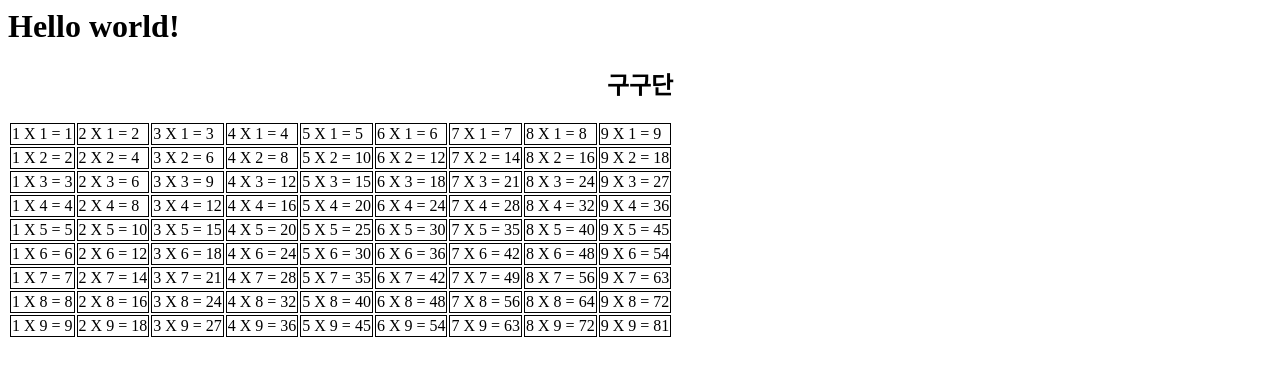
Repository: dhwngjs01/3-1_Spring_Server_Programming
Page: http://localhost/20230314_1to10/gugudan
An editor plug-in stored every save of this project. The page is shown before and after the next save, followed by the edit.
The browser window is 1280 px wide. The pictures show the whole page.
The page is served by Tomcat 9.

Above is the page before, as saved 2023-03-14 05:44:21.

After the next save:
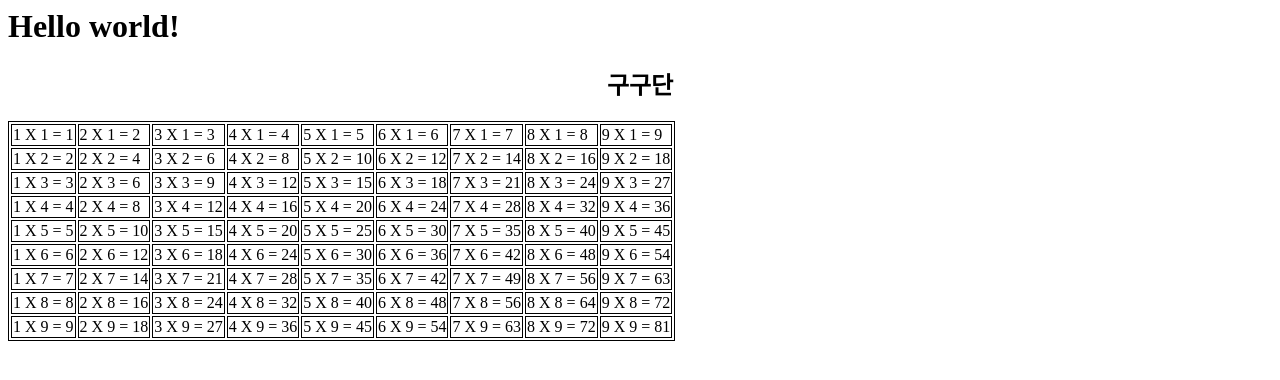
Saved 33 s later.
--- a/20230314_1to10/src/main/webapp/WEB-INF/views/gugudan.jsp
+++ b/20230314_1to10/src/main/webapp/WEB-INF/views/gugudan.jsp
@@ -7,7 +7,7 @@
 <body>
 	<h1>Hello world!</h1>
 	<h2 style="text-align:center;">구구단</h2>
-	<table>
+	<table style="border:1px solid black">
 		<tbody>
 			<% for(int i = 1; i <= 9; i++){ %>
 			<tr>

After the 4 saves that followed:
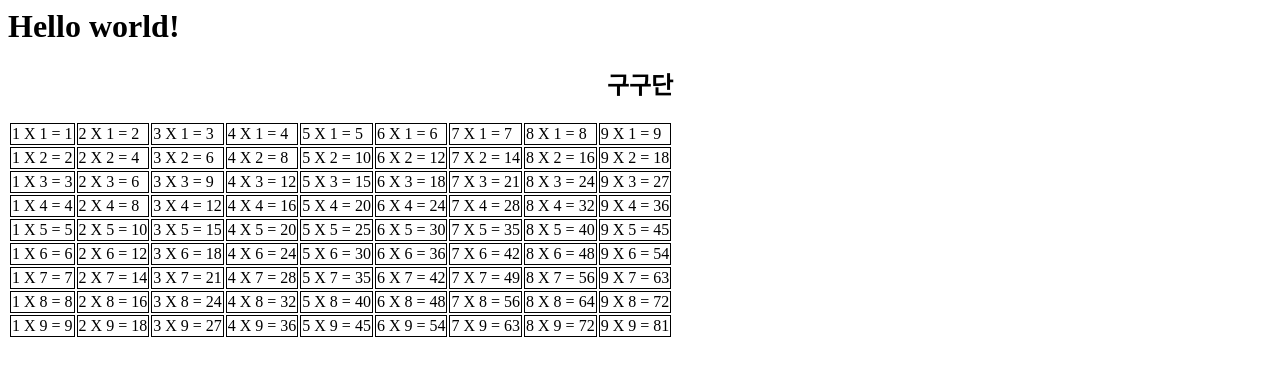
The 4 saves are shown as one change because 3 left the picture as it was.
The last was saved 100 s later.
--- a/20230314_1to10/src/main/webapp/WEB-INF/views/gugudan.jsp
+++ b/20230314_1to10/src/main/webapp/WEB-INF/views/gugudan.jsp
@@ -2,21 +2,22 @@
 <%@ page session="false" contentType="text/html; charset=utf-8" %>
 <html>
 <head>
-	<title>1to10</title>
+	<title>gugudan</title>
 </head>
 <body>
 	<h1>Hello world!</h1>
+
 	<h2 style="text-align:center;">구구단</h2>
-	<table style="border:1px solid black">
+
+	<table>
 		<tbody>
 			<% for(int i = 1; i <= 9; i++){ %>
-			<tr>
+			<tr style="border:1px solid black">
 				<% for(int j = 1; j <= 9; j++){ %>
 				<td style="border:1px solid black"><%= j %> X <%= i %> = <%= i*j %></td>
 				<% } %>
 			</tr>
 			<% } %>
-
 		</tbody>
 	</table>
 </body>
